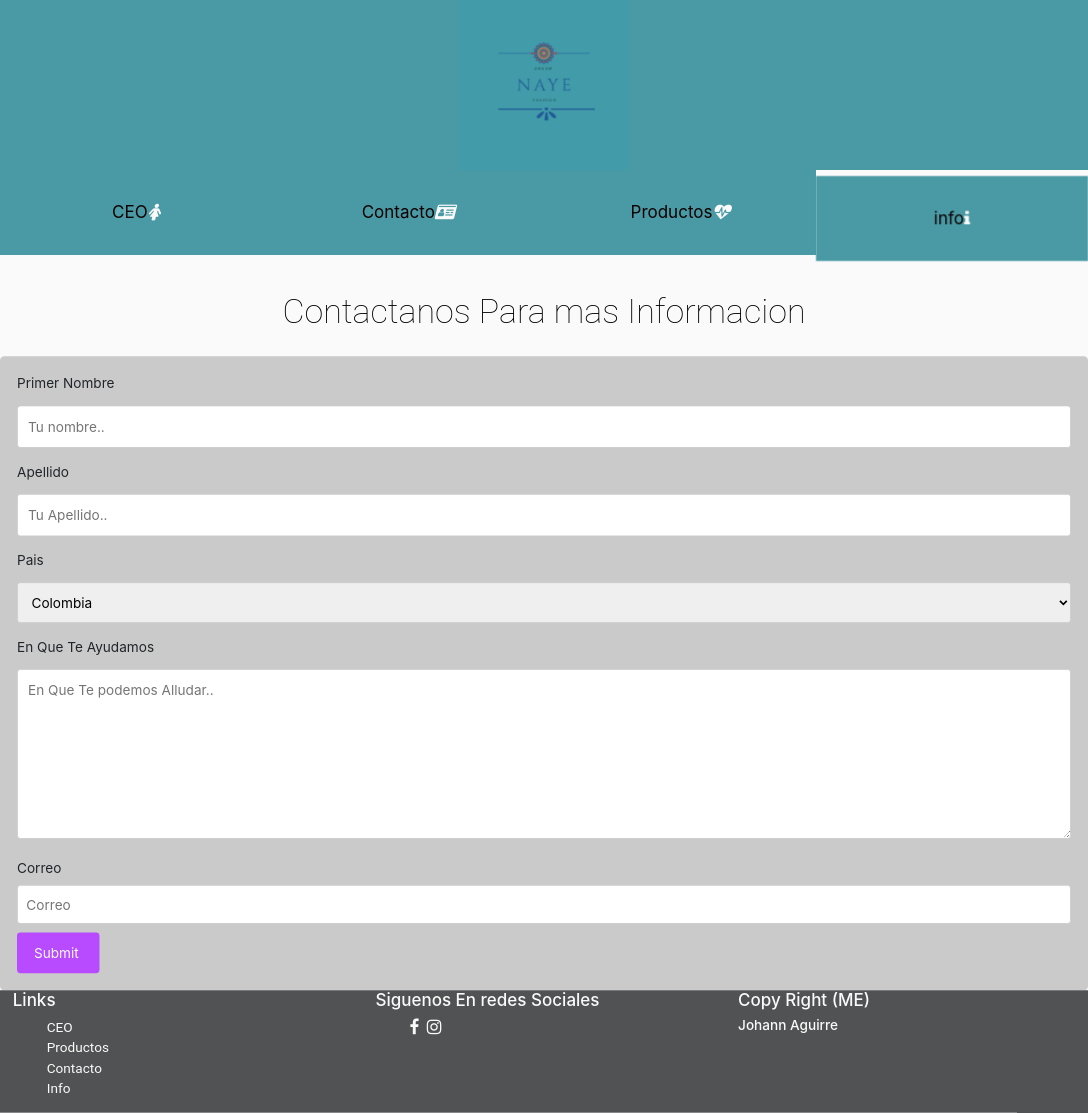
Repository: cachimiro/1-mile-stone-project
Page: contactos.html
The author's editor kept a record of every edit. The page is drawn from the files as they stood at one moment, then again after the next edit.
The browser window is 1280 px wide. The pictures show the whole page, at 85% of full size.
Some web libraries are served in a nearby version.

Above is the page before.

### contactos.html
<!DOCTYPE html>
<html lang="es">

<head>
    <meta charset="UTF-8">
    <meta name="viewport" content="width=device-width, initial-scale=1.0">
    <meta http-equiv="X-UA-Compatible" content="ie=edge">
    <link rel="stylesheet" href="https://stackpath.bootstrapcdn.com/bootstrap/4.2.1/css/bootstrap.min.css" type="text/css" />
    <link rel="stylesheet" href="https://stackpath.bootstrapcdn.com/font-awesome/4.7.0/css/font-awesome.min.css" type="text/css" />
    <link rel="stylesheet" href="https://cdnjs.cloudflare.com/ajax/libs/hover.css/2.3.1/css/hover-min.css" type="text/css" />
    <link rel="stylesheet" href="css/style.css" type="text/css" />
    <title>NAYE accesirios</title>
</head>

<body>


    <section class="bg-color-lightblue">
        <div class="row no-gutters nowrap">
            <a href="#" class="col-sx-12 col logo-3 ">
            <img src="photo/logo.png" alt="logo"/>


            </a>






        </div>
        <div class="row no-gutters inline-block">
                    <div class="col"></div>
                    <ul id="nav" class="list-inline menucontainer">
                        <li class="col-6 col-sm-3 ui-menu-color-ceo list-inline-item menuitem-1 ">
                            <a href="index.html">CEO<i class="fa fa-ceo hvr-icon" aria-hidden="true"> <span><i class="fas fa-female"></i></span></i>  </a>
                        </li>
                        <li class="col-6 col-sm-3 ui-menu-color-contacto list-inline-item menuitem-1 ">
                            <a href="contactos.html">Contacto<i class="fa fa-contact hvr-icon" aria-hidden="true"> <span><i class="far fa-id-card"></i></span></i>  </a>
                        </li>
                        <li class="col-6 col-sm-3 ui-menu-color-productos list-inline-item menuitem-1 ">
                            <a href="productos.html"> Productos<i class="fa fa-crown hvr-icon" aria-hidden="true"> <span><i class="fas fa-heartbeat"></i></span></i>  </a>
                        </li>
                        <li class="col-6 col-sm-3 ui-menu-color-info list-inline-item menuitem-1 hvr-bounce-to-bottom">
                            <a href="informacion.html">info<i class="fa fa-info hvr-icon" aria-hidden="true"></i>  </a>
                        </li>

                        </li>
                    </ul>

                </div>

        </div>
       <h3 class="contact-firm">Contactanos Para mas Informacion</h3>

<div class="container-6">
  <form>
    <label for="fname">Primer Nombre</label>
    <input type="text" id="fname" name="firstname" required placeholder="Tu nombre..">

    <label for="lname">Apellido</label>
    <input type="text" id="lname" name="lastname" required placeholder="Tu Apellido..">

    <label for="country">Pais</label>
    <select id="country" name="country">
      <option value="colombia">Colombia</option>
      <option value="canada">Canada</option>
      <option value="venezuela">Venezuela</option>
      <option value="peru">Peru</option>
      <option value="brazil">Brazil</option>
      <option value="bolivia">Bolivia</option>
      <option value="panama">Panama</option>
      <option value="chile">Chile</option>
      <option value="argentina">Argentina</option>
      <option value="uruguay">Uruguay</option>
      <option value="paraguay">Paraguay</option>
      <option value="ecuador">Ecuador</option>
      <option value="costa-rica">Costa Rica</option>
      <option value="honduras">Honduras</option>
      <option value="nicaragua">Nicaragua</option>
      <option value="mexicp">Mexico</option>
      <option value="uk">UK</option>
    </select>

    <label for="subject">En Que Te Ayudamos</label>
    <textarea id="subject" name="subject" placeholder="En Que Te podemos Alludar.." style="height:200px"></textarea>
    <label for="email">Correo</label>
    <input type="email" id="email" name="email" placeholder="Correo" required/>
    <input type="submit" value="Submit " class="submit-3">
  </form>
</div>




    </section>
    <footer class="container-fluid">
        <div id="footer-detail" class="row">
            <div class="col-sm-4">
                <h5 class="uppercase general-sub">Links</h5>
                <p class="inline-block">
                    <ul class="links-footer">
                        <a href="index.html">
                            <li>
                                CEO
                            </li>
                        </a>
                        <a href="productos.html">
                            <li>
                                Productos
                            </li>
                        </a>
                        <a href="#">
                            <li>
                                Contacto
                            </li>
                        </a>
                        <a href="infimacion.html">
                            <li>
                                Info
                            </li>
                        </a>
                    </ul>
                </p>
            </div>
            <div class="col-sm-4">
                <h5 class="uppercase general-sub">Siguenos En redes Sociales</h5>
                <ul class="social-media-icons">
                    <li class="list-inline-item">
                        <a href="https://m.facebook.com/Nayeaccesorio/" target="_blank" class="">
                        <i class="fa fa-facebook" aria-hidden="true"></i>
                        <span class="sr-only">Facebook</span>
                        </a>
                    </li>
                    <li class="list-inline-item"></li>
                    <a href="https://www.instagram.com/nayeaccesorios/" target="_blank" class="">
                         <i class="fa fa-instagram" aria-hidden="true"></i>
                            <span class="sr-only">Instagram</span>
                            </a>
                    </li>
                </ul>
            </div>
            <div class="col-sm-4">
                <h5 class="uppercase general-sub"> Copy Right (ME)</h5>
                <h6>Johann Aguirre</h6>





            </div>
        </div>


    </footer>
</body>

</html>

### css/style.css
@import url('https://fonts.googleapis.com/css?family=Roboto+Slab&display=swap');
/*----------colours*/

header {
    margin: 0;
    background-color: #419ba8;
    color: #f9f7fa;


}

.bg-color-name-title {
    padding-top: 30px;
}


.ui-menu-color-ceo {
    background-color:#499aa5;
    transition: all .5s ease-in-out;
    -moz-transition: all .5s ease-in-out;
    -webkit-transition: all .5s ease-in-out;


}

.ui-menu-color-contacto {
    background-color: #499aa5;
    transition: all .5s ease-in-out;
    -moz-transition: all .5s ease-in-out;
    -webkit-transition: all .5s ease-in-out;

}

.ui-menu-color-productos {
    background-color: #499aa5;
    transition: all .5s ease-in-out;
    -moz-transition: all .5s ease-in-out;
    -webkit-transition: all .5s ease-in-out;

}

.ui-menu-color-info {
    background-color: #499aa5;
    transition: all .5s ease-in-out;
    -moz-transition: all .5s ease-in-out;
    -webkit-transition: all .5s ease-in-out;

}

/*---------------sosial links colors*/

.social-links i {
    color: black;
}

/*-------------------heading, decoration*/

.list-inline-item:not(:last-child) {
    margin: 0;
}

.bg-color-name-title {
    padding-top: 30px;
    font-family: "roboto", sans-serif;
    text-align: center;
}

.title {
    font-weight: 200;
    padding-bottom: 15px;
}

.name {
    font-weight: 400;
    padding-top: 10px;
}





i {
    color: #fafafa;

}

.inline-block {
    display: inline;
}

a {
    color: #0d0101;
}

a:hover {
    text-decoration: none;
    color: #fafafa;
}

.logo {
    background: url("../photo/natalia.jpg");
    background-position: center;
    background-repeat: no-repeat;
    background-size: cover;
    height: 410px;
    width: 370px;
    border-top-right-radius: 5%;
    border-bottom-right-radius: 5%;
    transition: all .5s ease-in-out;
    -moz-transition: all .10s ease-in-out;
    -webkit-transition: all .10s ease-in-out;
}

.menucontainer {
    font-size: 0;
}



#nav li {
    font-size: 20px;
    padding: 0;

}

.menuitem {
    line-height: 100px;
    text-align: center;

}


/*----------------drop down button*/

.dropbtn {
    background-color: transparent;
    color: #222020;
    padding: 16px;
    font-size: 12px;
    border: none;
}

.dropdown i {
    color: #000000;
    font-size: 20px;
}

.dropdown {
    position: static;
    display: inline-block;
    text-align: right;

}

.dropdown-content {
    display: none;
    position: absolute;
    background-color: #fafafa;
    min-width: 16px;
    box-shadow: 0px 8px 16px 0px rgba(0, 0, 0, 0.2);
    z-index: 1;
    border-radius: 20%;
}

.dropdown-content a {
    color: #000000;
    padding: 12px 16px;
    text-decoration: none;
    display: block;
}

.dropdown-content a:hover {
    background-color: #eb1e03;
    border-radius: 50%;


}

.dropdown:hover .dropdown-content {
    display: block;
}

.dropdown:hover .dropbtn {
    background-color: none;


}

/*-----------------------------section personal informtion informacion*/

.section-heading {
    padding: 10px;
    text-align: center;
}

.add-padding {
    padding-top: 10px;
}

.add-padding-3 {
    padding-bottom: 50px;
}

.move-icon {
    padding-left: 15px;
    padding-top: 10px;
}

.move-icon-3 {
    padding-left: 10px
}

.three-reasons-icon {
    color: #0284f3;
    font-size: 35px;

}

.colour-of-infimacion {
    background-color: #c6c6cc;
    line-height: 18px;

}


.personal-info-item {
    font-size: 25px;
    margin-bottom: 20px;
    padding: 20px;
    display: block;
    clear: both;

}

.col-md-4 {
    padding-right: 0;
}

.personal-info-item .key,
.personal-info-item .value {
    padding-right: 8px;
    display: inline-block;

}

.personal-info-item .key p,
.personal-info-item .value p {
    margin: 0;
}

.move-right {
    padding-top: 50px;
}

.personal-info-item .key {
    width: 30%;
    margin-right: 21px;
    padding-top: 2px;
    vertical-align: top;
}

.personal-info-item .key p {
    font-weight: 900;

}

.personal-info-item .value {
    position: relative;
    width: 60%;
}

/*----------------------------section icons*/

h3 i {
    color: #0517ea;
    padding-left: 10px;
}

/*---------------------footer links*/

.links-footer {
    font-family: "roboto", sans-serif;
    padding-right: 250px;



}

.links-footer li {
    color: #fafafa;
    text-decoration: none;
    list-style-type: none;
}

.links-footer li:hover {
    color: #e80c0c;


}

/*-----------------------footer*/

.social-media-icons i {
    color: #fafafa;
    text-align: center;
    font-size: 20px;


}

.social-media-icons i:hover {
    background-color: #e80c0c;
    border-radius: 50%;
    height: 30px;
    width: 30px;
    padding-top: 5px;
    transition-duration: 1s;



}

footer {
    background-color: #505254;
    margin: 0;
    color: #fafafa;


}




/*---------------------------------productos.html*/

/*------------------------------header*/

.productos-html {
    background: url("../photo/cano.jpg");
    background-repeat: none;
}

.bg-color-photo-section {
    background: url("../photo/cano.jpg");
    background-repeat: none;
}

.logo-2 {
    text-align: center;
    top: -56px;
    background-repeat: no-repeat;
    width: 280px;
    height: 280px;
    margin: 0px;
    padding: 0px;
    background-color: #499aa5;
    transition: all 2s ease-in-out;
    -moz-transition: all 2s ease-in-out;
    -webkit-transition: all 2s ease-in-out;
}


.nowrap {
    flex-wrap: wrap-reverse;
}

/*--------------------------------------------section*/

/*----------------------------------image*/

.photo-adjust {
    margin: 0;
    padding: 0;
    display: block;
    top: -21px;
    line-height: 20px;


}

.photo-1 {
    border-radius: 50%;
    -webkit-transition: border-radius 2s;
    transition: border-radius 2s;
}

.photo-1:hover {
    border-radius: 0;
    transition-duration: 1s;

}



.dropdown-links {
    line-height: 100px;
    text-align: center;

}

.dropbtn-links {
    top: -56px;
    padding: 0;
    margin: 0;
}

/*--------------------------hover image information*/

.font-style {
    color: #111111;
    font-family: "roboto", sans-serif;
    font-weight: 600;
    text-align: center;
    text-shadow: 2px 2px #28c7db;
    padding: 10px;
}

/*-------------------------drop-down-button-2*/

.dropdown-2 {
    position: static;
    right: -500px;
    top: 13;
    z-index: 1;

}

.dropbtn-2 {
    background-color: transparent;
    color: #222020;
    padding: 16px;
    font-size: 12px;
    border: none;
}

.dropdown-2 i {
    color: #222020;
    font-size: 20px;
}




.dropdown-content-2 {
    display: none;
    position: absolute;
    background-color: #fafafa;
    min-width: 16px;
    box-shadow: 0px 8px 16px 0px rgba(0, 0, 0, 0.2);
    z-index: 1;
    border-radius: 20%;
}

.dropdown-content-2 a {
    color: #000000;
    padding: 12px 16px;
    text-decoration: none;
    display: block;
}

.dropdown-content-2 a:hover {
    background-color: #eb1e03;
    border-radius: 50%;


}

.dropdown-2:hover .dropdown-content-2 {
    display: block;
}

.dropdown-2:hover .dropbtn-2 {
    background-color: #3fbec8;


}

/*------------------------------------contactos.html*/

.bg-color-lightblue {
    background-color: #fafafa;
}

.logo-3 {
    text-align: center;
    top: -56px;
    background-repeat: no-repeat;
    width: 200px;
    height: 200px;
    margin: 0px;
    padding: 0px;
    position: static;
    background-color: #499aa5;
    transition: all 2s ease-in-out;
    -moz-transition: all 2s ease-in-out;
    -webkit-transition: all 2s ease-in-out;
}

.menuitem-1 {
    line-height: 100px;
    text-align: center;
}

/*---------------------------------contact form*/

.contact-firm {
    text-align: center;
    font-size: 40px;
    font-weight: 200;
    font-family: "roboto", sans-serif;
    padding: 20px;
    color: #000000;

}

input[type=email] {
    width: 100%;
    border-radius: 4px;
    margin-bottom: 10px;
    padding: 10px;
    border: 1px solid #cccccc;
}

input[type=text],
select,
textarea {
    width: 100%;
    padding: 12px;
    border: 1px solid #cccccc;
    border-radius: 4px;
    box-sizing: border-box;
    margin-top: 6px;
    margin-bottom: 16px;
    resize: vertical;
}

input[type=submit] {
    background-color: #b84bff;
    color: #fafafa;
    padding: 12px 20px;
    border: none;
    border-radius: 4px;
    cursor: pointer;
}

input[type=submit]:hover {
    background-color: #5009ff;
}

.container-6 {
    border-radius: 5px;
    background-color: #cacaca;
    padding: 20px;
}

/*--------------------------------info.html*/

.progress {
    border-radius: 10px;
}

.progress-bar {
    background-color: #122a2f;
}

.info-header {
    background-color: #419ba8;
}

.logo-4 {
    text-align: center;
    top: -56px;
    background-repeat: no-repeat;
    width: 280px;
    height: 300px;
    margin: 0px;
    padding: 0px;
    position: static;
}

.menuitem-3 {
    line-height: 100px;
    text-align: center;
    display: static;
    top: -20px;
}

.colour-section {
    background-color: #fafafa;
    color: #000000;
}

/*------------------------------media querys*/

@media (max-width: 450px) {
    section {
        width: 100%;
        line-height: 25px;
    }
}



@media (max-width: 450px) {
    section .colour-of-infimacion {
        border-radius: 0;
    }
}

@media (max-width: 450px) {
    header .logo {
        border-radius: 0;
        width: 100%;
    }
}

@media (max-width: 450px) {
    header .menuitem {
        border-radius: 0;
    }

}
@media (max-width: 1300px){
    body{
        position: static;
    }
}

After the next edit:
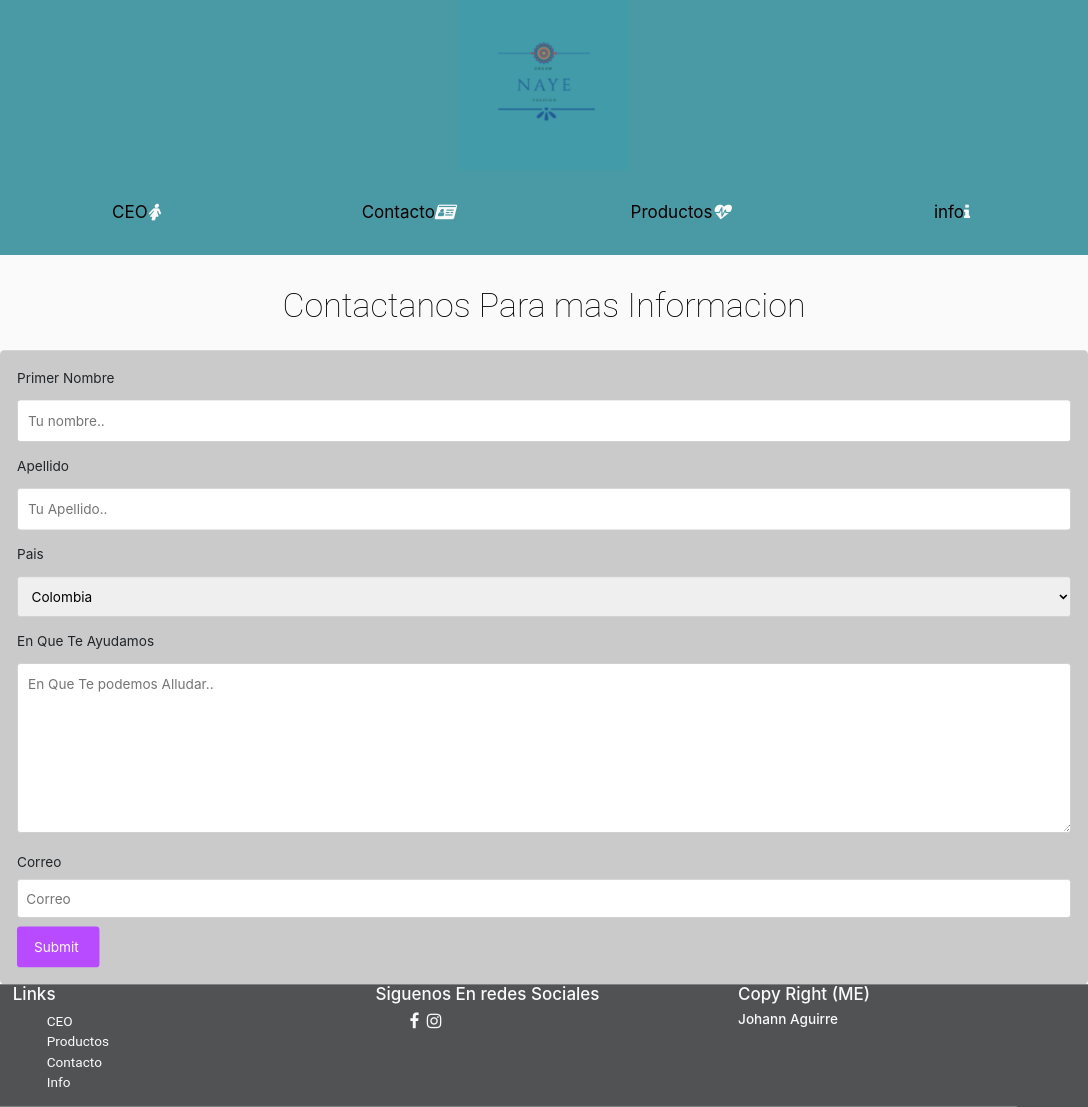
The edit:
--- a/contactos.html
+++ b/contactos.html
@@ -41,7 +41,7 @@
                         <li class="col-6 col-sm-3 ui-menu-color-productos list-inline-item menuitem-1 ">
                             <a href="productos.html"> Productos<i class="fa fa-crown hvr-icon" aria-hidden="true"> <span><i class="fas fa-heartbeat"></i></span></i>  </a>
                         </li>
-                        <li class="col-6 col-sm-3 ui-menu-color-info list-inline-item menuitem-1 hvr-bounce-to-bottom">
+                        <li class="col-6 col-sm-3 ui-menu-color-info list-inline-item menuitem-1 ">
                             <a href="informacion.html">info<i class="fa fa-info hvr-icon" aria-hidden="true"></i>  </a>
                         </li>
 
